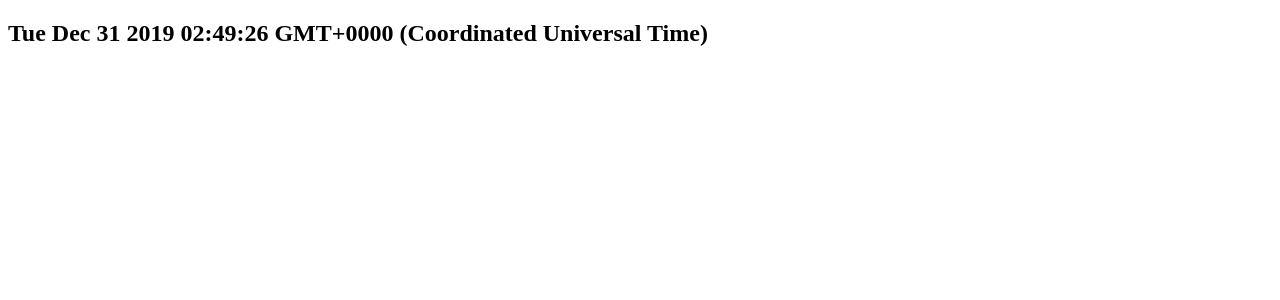
Repository: insunkang/JSP
Page: clientweb/WebContent/js_basic/js_date_test02.html
An editor plug-in stored every save of this project. The page is shown before and after the next save, followed by the edit.
The browser window is 1280 px wide. The pictures show the whole page.

Above is the page before, as saved 2020-01-08 02:03:23.

After the next save:
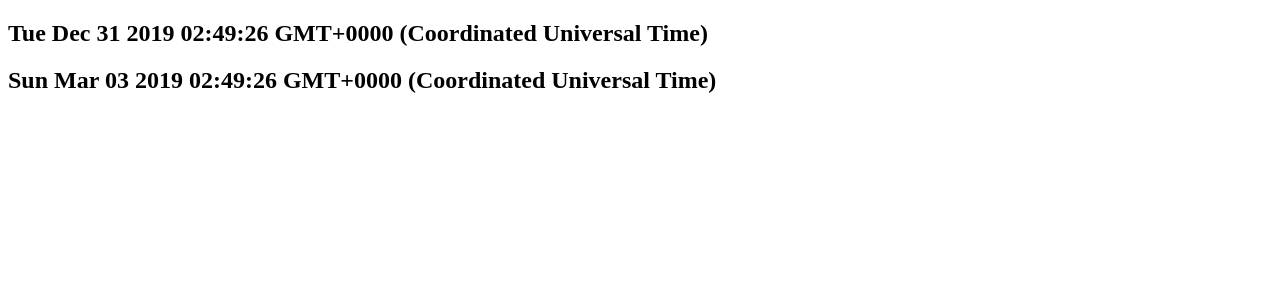
Saved 2 min 18 s later.
--- a/clientweb/WebContent/js_basic/js_date_test02.html
+++ b/clientweb/WebContent/js_basic/js_date_test02.html
@@ -7,7 +7,10 @@
 <body>
 	<script type="text/javascript">
 		today = new Date();
-		document.write("<h2>"+today+"</h2>")
+		document.write("<h2>"+today+"</h2>");
+		today.setMonth(1);
+		today.setDate(3);
+		document.write("<h2>"+today+"</h2>");
 	</script>
 </body>
 </html>
